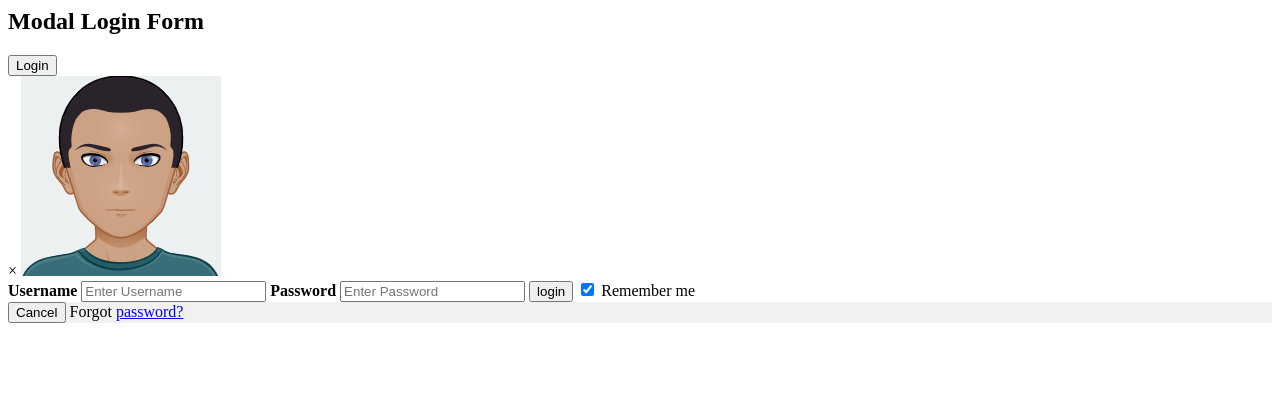
Repository: prathampatel1/pratham12.github.io
Page: choose your hosital/login.html
The author's editor kept a record of every edit. The page is drawn from the files as they stood at one moment, then again after the next edit.
The browser window is 1280 px wide. The pictures show the whole page.

Above is the page before.

### choose your hosital/login.html
</style>
</head>
<body>

<h2>Modal Login Form</h2>

<button onclick="document.getElementById('id01').style.display='block'" style="width:auto;">Login</button>

<div id="id01" class="modal">

  <form class="modal-content animate" action="/action_page.php" method="post">
    <div class="imgcontainer">
      <span onclick="document.getElementById('id01').style.display='none'" class="close" title="Close Modal">&times;</span>
      <img src="myAvatar (1).png" alt="Avatar" class="avatar">
    </div>

    <div class="container">
      <label for="uname"><b>Username</b></label>
      <input type="text" placeholder="Enter Username" name="uname" required>

      <label for="psw"><b>Password</b></label>
      <input type="password" placeholder="Enter Password" name="psw" required>
<button onclick="window.location.href = 'project.html';">login</button>
      <label>
        <input type="checkbox" checked="checked" name="remember"> Remember me
      </label>
    </div>

    <div class="container" style="background-color:#f1f1f1">
      <button type="button" onclick="document.getElementById('id01').style.display='none'" class="cancelbtn">Cancel</button>
      <span class="psw">Forgot <a href="#">password?</a></span>
    </div>
  </form>
</div>

<script>
// Get the modal
var modal = document.getElementById('id01');

// When the user clicks anywhere outside of the modal, close it
window.onclick = function(event) {
    if (event.target == modal) {
        modal.style.display = "none";
    }
}
</script>

</body>
</html>

After the next edit:
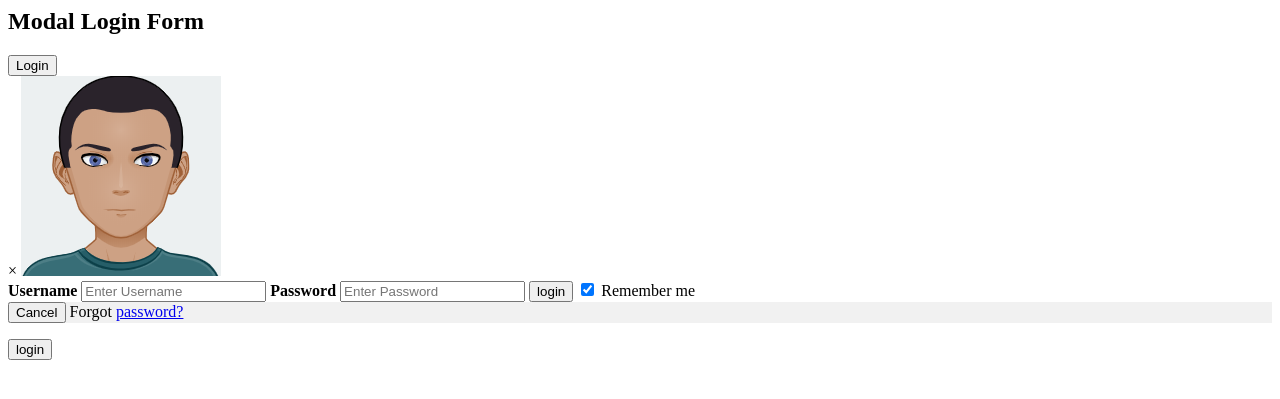
The edit:
--- a/choose your hosital/login.html
+++ b/choose your hosital/login.html
@@ -47,3 +47,4 @@
 
 </body>
 </html>
+<button onclick="window.location.href = 'project.html';">login</button>
